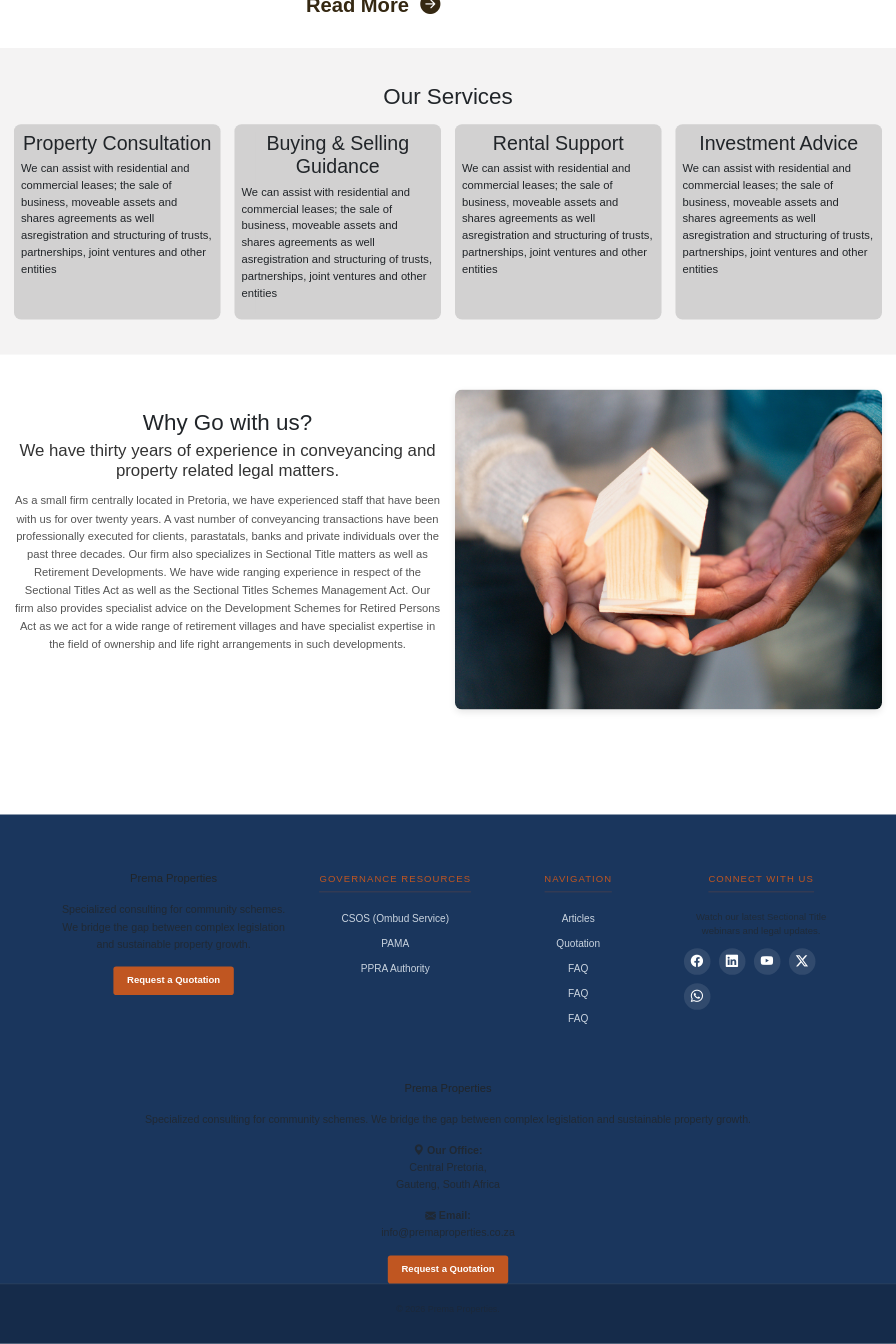
Repository: mnqobiMenzi/Prema-Properties
Page: index.html
The author's editor kept a copy of each file at every save. The page is drawn from the files as they stood at one save, then again after a run of saves.
The browser window is 1280 px wide. The pictures show the part of the page from y = 1411 to 3331 px (the page is 3331 px tall before and 3307 px after), at 70% of full size.

Above is the page before, as saved 2026-02-10 12:21:10.

After the next 2 saves:
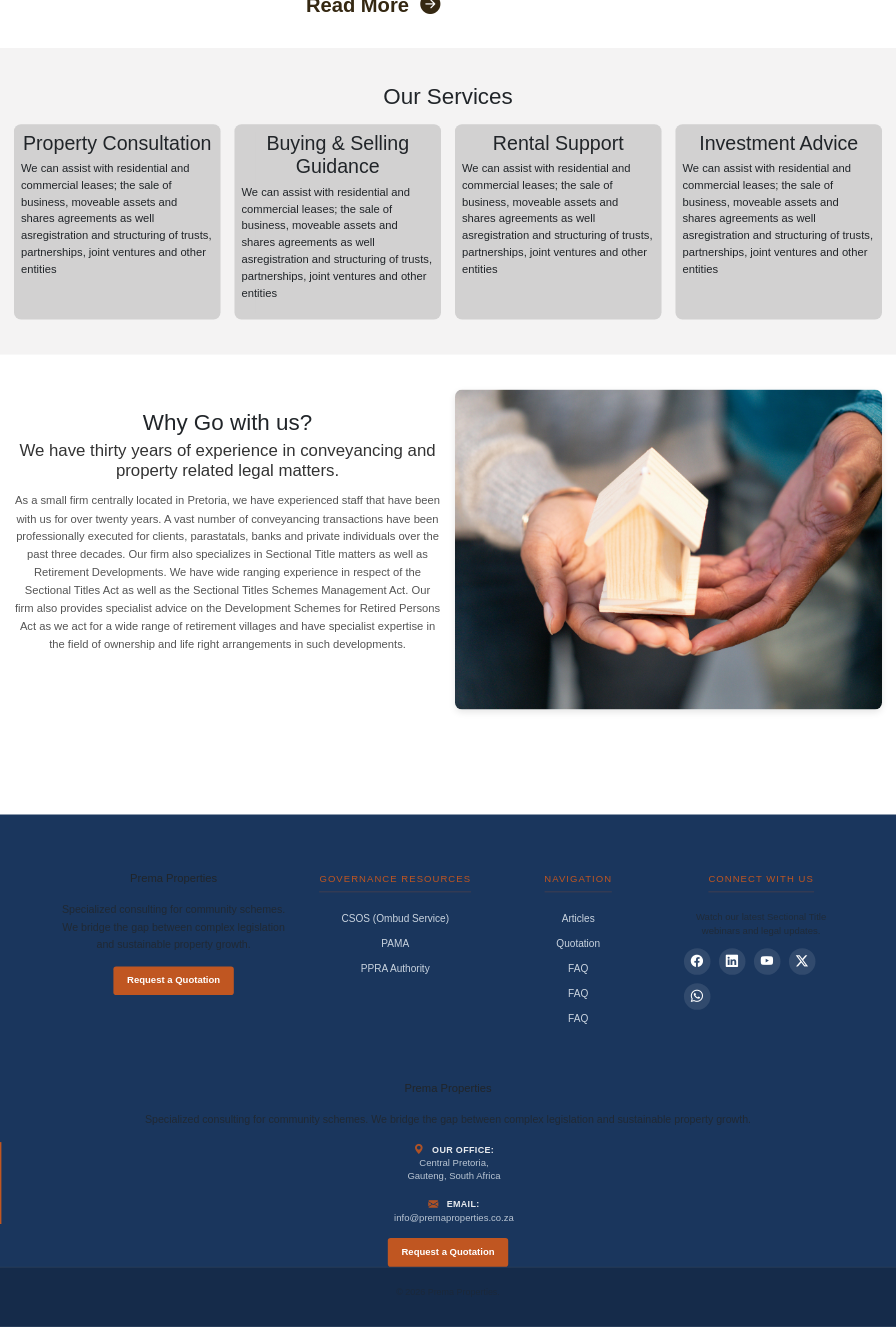
The 2 saves are shown as one change because they came seconds apart.
The last was saved 35 s later.
--- a/CSS/style.css
+++ b/CSS/style.css
@@ -1012,3 +1012,31 @@ footer {
 .social-icons a[title="YouTube"]:hover {
   background-color: #FF0000;
 }
+
+/* --- Footer Address Styling --- */
+.footer-address {
+  margin: 20px 0;
+  border-left: 2px solid var(--secondary); /* Small orange accent line */
+  padding-left: 15px;
+}
+
+.footer-address p {
+  font-size: 0.85rem !important;
+  line-height: 1.4 !important;
+  margin-bottom: 15px !important;
+  opacity: 0.9;
+  color: #cbd5e0; /* Matches other footer links */
+}
+
+.footer-address i {
+  color: var(--secondary);
+  margin-right: 8px;
+  font-size: 0.9rem;
+}
+
+.footer-address strong {
+  color: white;
+  font-size: 0.8rem;
+  text-transform: uppercase;
+  letter-spacing: 0.5px;
+}
